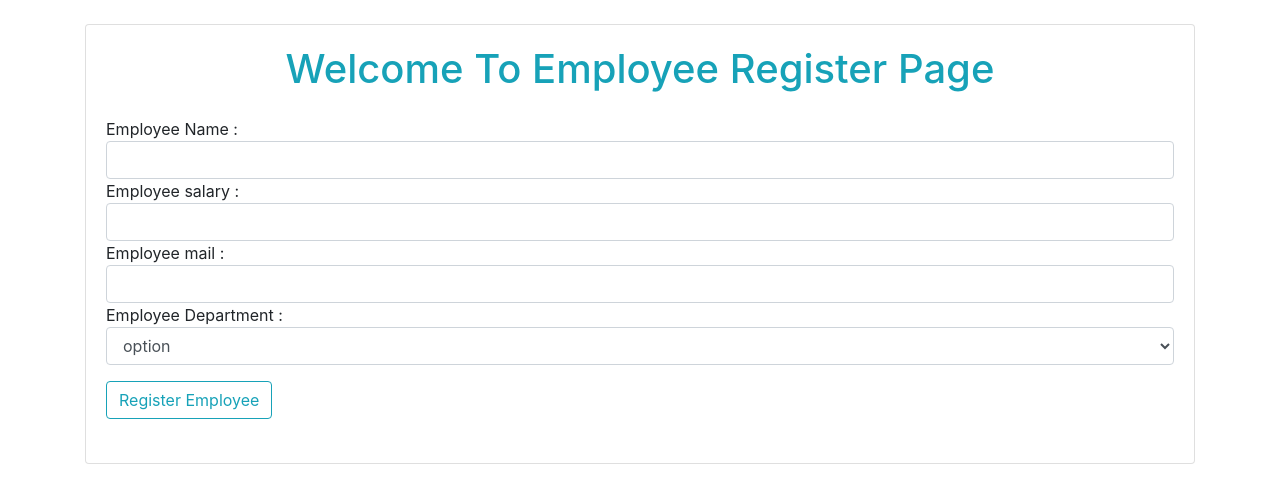
Repository: lokeshsukhwal/EmployeeMiniProject
Page: http://localhost/EmployeeRegister
An editor plug-in stored every save of this project. The page is shown before and after the next save, followed by the edit.
The browser window is 1280 px wide. The pictures show the whole page.
The page is this project's Thymeleaf template; nobody is signed in. The template is opened directly, without the code that normally fills it, so the values that code supplies are empty.

Above is the page before, as saved 2023-01-18 14:10:28.

After the next save:
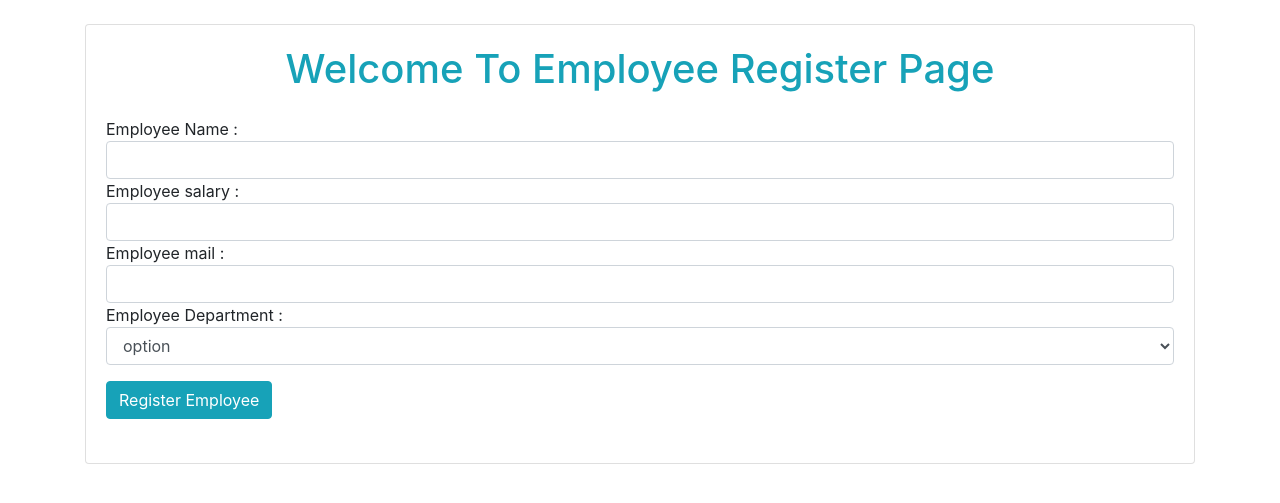
Saved 39 s later.
--- a/SpringBootMvc-ThymeleafMySqlCrudMiniProject/src/main/resources/templates/EmployeeRegister.html
+++ b/SpringBootMvc-ThymeleafMySqlCrudMiniProject/src/main/resources/templates/EmployeeRegister.html
@@ -23,7 +23,7 @@
 									<option value="qa">QA</option>
 								  </select>
 
-		<button type="submit" class="btn btn-outline-info mt-3">Register Employee</button>
+		<button type="submit" class="btn btn-info mt-3">Register Employee</button>
 
 				</form>
 

After the save that followed:
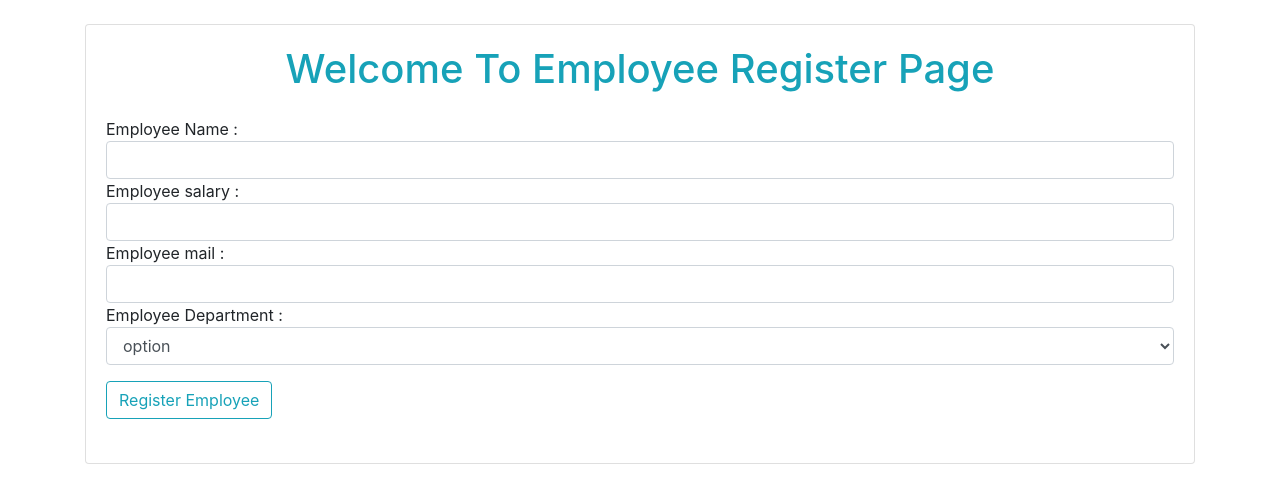
Saved 16 s later.
--- a/SpringBootMvc-ThymeleafMySqlCrudMiniProject/src/main/resources/templates/EmployeeRegister.html
+++ b/SpringBootMvc-ThymeleafMySqlCrudMiniProject/src/main/resources/templates/EmployeeRegister.html
@@ -23,7 +23,7 @@
 									<option value="qa">QA</option>
 								  </select>
 
-		<button type="submit" class="btn btn-info mt-3">Register Employee</button>
+		<button type="submit" class="btn btn-outline-info mt-3">Register Employee</button>
 
 				</form>
 
